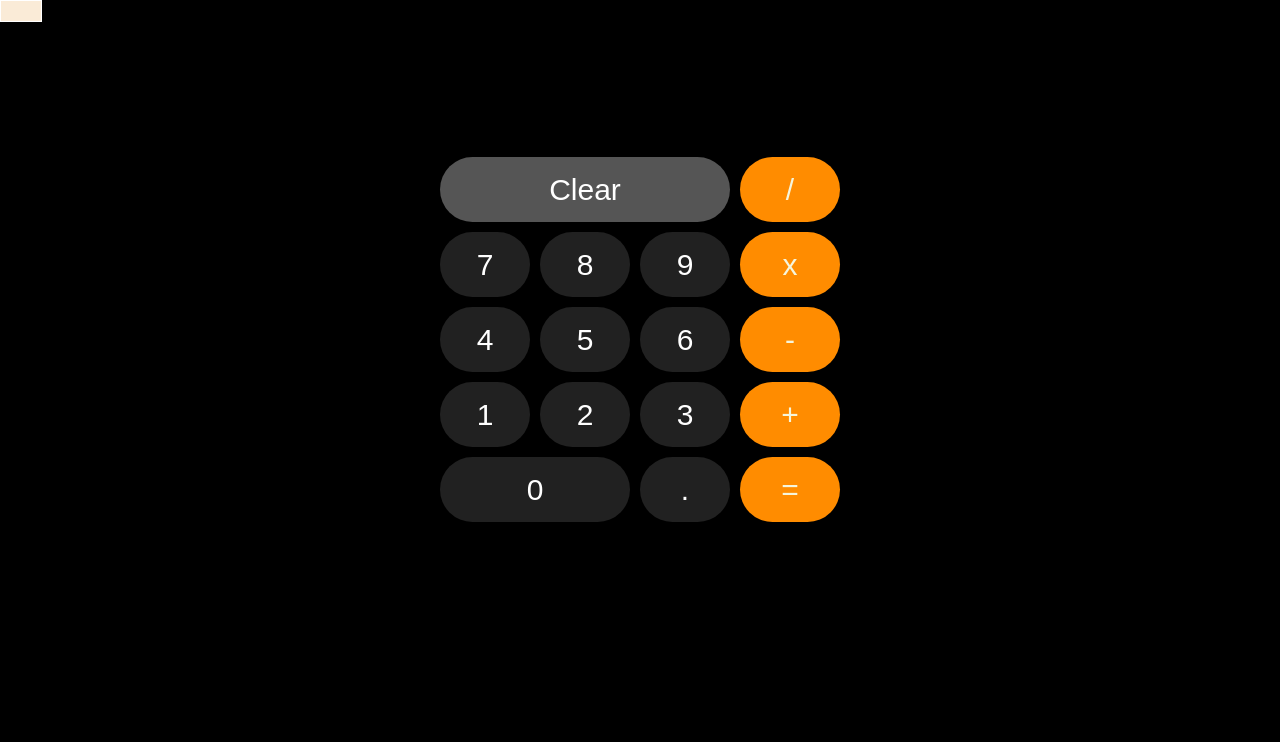
Repository: kocokoy/Calculator
Page: index.html
These files come from the project's save history. The page is drawn as it stood at one moment and after the next save; the edit follows.
The browser window is 1280 px wide. The pictures show the whole page.

Above is the page before, as saved 2024-10-22 16:39:01.

### index.html
<!DOCTYPE html>
<html lang="en">
<head>
  <meta charset="UTF-8">
  <meta name="viewport" content="width=device-width, initial-scale=1.0">
  <link rel="stylesheet" href="/style.css">
  <title>Document</title>
</head>
<body>
  <div class="container">
    <div class="output-number"></div>
    <div class="calculator-container">
      <div class="number-and-clear-container">
        <div class="clear-button-container">
        </div>
        <div class="number-container">

        </div>
        <div class="zero-button-container">
        </div>
      </div>
      <div class="operator-container"></div>
    </div>
  </div>
  <script src="/script.js"></script>
</body>
</html>

### style.css
body{
  padding: 0;
  margin: 0;
  height: 100%;
  background-color: black;
}
button{
  border: none;
  border-radius: 100px;
  height: 65px;
  margin: 0;
  padding: 0;
  font-size: 30px;
  cursor: pointer;
}
.container{
  display: block;
}
.calculator-container{
  display: flex;
  align-items: center;
  justify-content: center;
  height: 100vh;
}
.number-and-clear-container{
  height: 450px;
  width: 300px;
  display: block;
}
.clear-button-container{
  display: grid;
  grid-template-columns: 1fr;
  margin-bottom: 10px;
}
.clear-button-container button{
  margin-right: 10px;
  background-color: rgb(85, 85, 85);
  color: rgb(255, 255, 255);
}
.number-container{
  display: grid;
  grid-template-columns: 1fr 1fr 1fr;
  direction: rtl;
}
.number-container button{
  margin-bottom: 10px;
  margin-right: 10px;
  background-color: hsl(0, 0%, 13%);
  color: white;
}
.zero-button-container{
  display: grid;
  grid-template-columns: 1fr 100px;
}
.zero-button-container button{
  margin-right: 10px;
  background-color: hsl(0, 0%, 13%);
  color: white;
}

.operator-container{
  height: 450px;
  width: 100px;
  display: flex;
  flex-direction: column;
}
.operator-container button{
  font-size: 30px;
  margin-bottom: 10px;
  color: beige;
  background-color: hsl(33, 100%, 50%);
}

.output-number{
  border: 1px solid white;
  height: 20px;
  width: 40px;
  background-color: antiquewhite;
}

### script.js
const calculatorButton = ['Clear',1,2,3,4,5,6,7,8,9,0,'.'];
const operatorContent = ['/','x','-','+','='];
const numberContainer = document.querySelector('.number-container');
const clearButtonContainer = document.querySelector('.clear-button-container');
const zeroButtonContainer = document.querySelector('.zero-button-container');
const operatorContainer = document.querySelector('.operator-container');
const outputElement = document.querySelector('.output-number');

let num1 = '';
let num2 = '';
let operator = '';
let result = 0;
let equals ='';
let html = '';

const descendedNumber = calculatorButton.sort((a,b) => b-a)
for(const num of descendedNumber){
    const button = document.createElement('button');
    if(num === 'Clear'){
      button.classList.add('clear-button');
      button.textContent = num;
      clearButtonContainer.appendChild(button);
    }else if(num === 0 || num === '.'){
      button.classList.add('zero-button');
      button.textContent = num;
      zeroButtonContainer.appendChild(button);
    }else{
      button.classList.add('number-button');
      button.textContent = num;
      numberContainer.appendChild(button);
    }
}

operatorContent.forEach(oper => {
  const button = document.createElement('button');
  button.classList.add('operator-button');
  button.textContent = oper;
  operatorContainer.appendChild(button);
});

const operatorButton = document.querySelectorAll('.operator-button');
operatorButton.forEach((operButton,i) => {
  operButton.addEventListener('click', () => {
    if(operButton.textContent != '='){
      operator = operButton.textContent;
      outputElements(operator);
    }else{
      equals = operButton.textContent;
      if(equals === '='){
        console.log(`${num1}${operator}${num2}`)
        operate(num1,num2,operator);
      }
    }

  })
})

const numberButton = document.querySelectorAll('.number-button');
numberButton.forEach((numButton,i) => {
  numButton.addEventListener('click', () => {
    console.log(numButton);
    if (operator === '') {
      num1 += numButton.textContent;
      outputElements(numButton.textContent);
      console.log('Num1:', num1);
    } else {
      num2 += numButton.textContent;
      outputElements(numButton.textContent);
      console.log('Num2:', num2);
    }
  })
})


function outputElements(a){
  if(num1 && num2 && operator && equals){
    outputElement.textContent = '';
    outputElement.textContent = a;
  }else{
    html+=a;
    console.log(html);
    outputElement.textContent = html;
  }
}




function operate(num1,num2,operator){
  number1 = parseInt(num1,10);
  number2 = parseInt(num2,10);
  if(operator === '+'){
    addOperator(number1,number2);
  }else if(operator === '-'){
    minusOperator(number1,number2);
  }else if(operator === '*'){
    timesOperator(number1,number2);
  }else if(operator === '/'){
    divideOperator(number1,number2);
  }
}


const addOperator = (a,b) => {
  console.log(a,b);
  result = a + b;
  outputElements(result);
  return console.log(result);
}

const minusOperator = (a,b) => {
  result = a-b;
  outputElements(result);
  return console.log(result);
}

const timesOperator = (a,b) => {
  result = a*b;
  outputElements(result);
  return console.log(result);
}

const divideOperator = (a,b) => {
  sum = a/b;
  outputElements(result);
  return console.log(result);
}

After the next save:
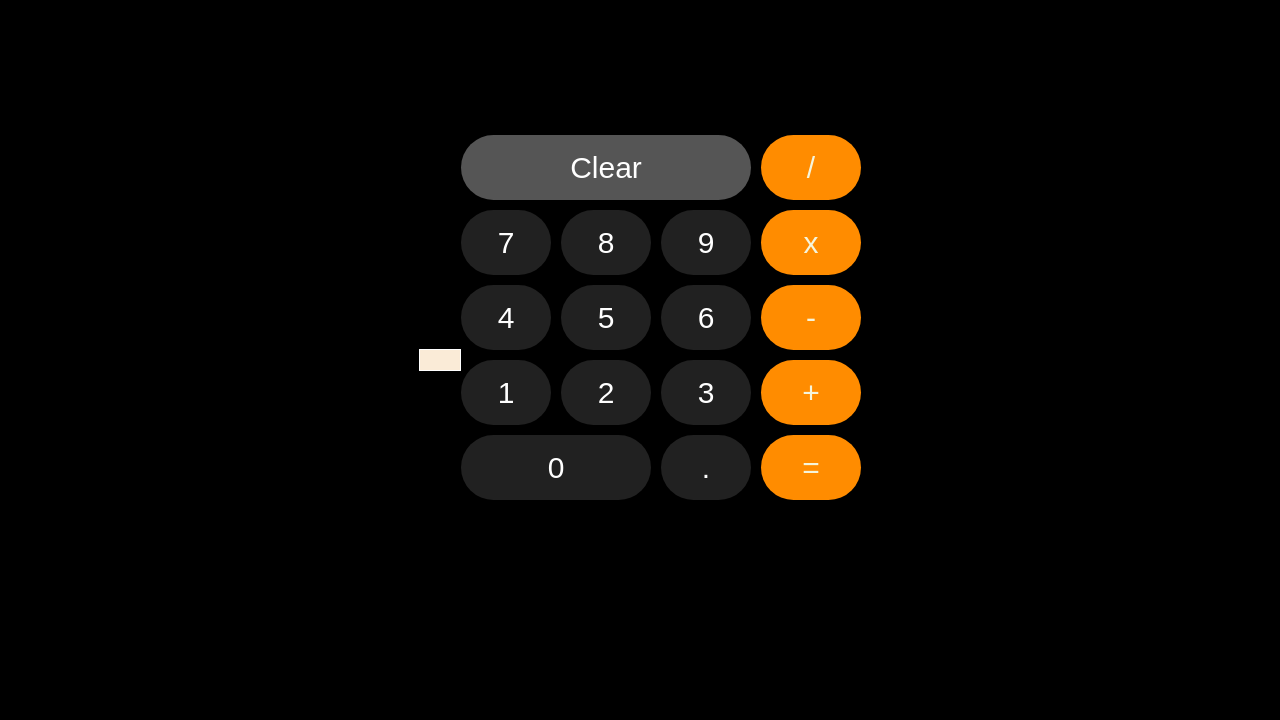
Saved 18 s later.
--- a/style.css
+++ b/style.css
@@ -14,7 +14,9 @@
   cursor: pointer;
 }
 .container{
-  display: block;
+  display: flex;
+  align-items: center;
+  justify-content: center;
 }
 .calculator-container{
   display: flex;

After the save that followed:
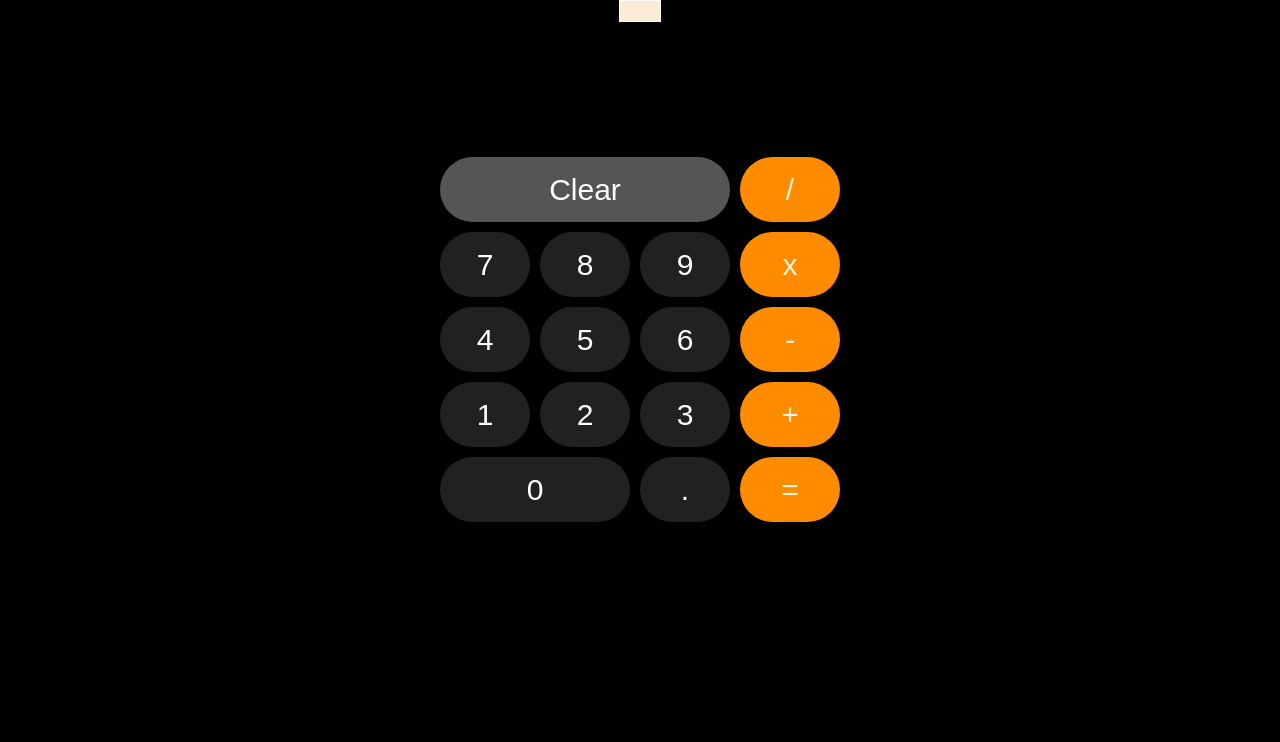
Saved 10 s later.
--- a/style.css
+++ b/style.css
@@ -17,6 +17,7 @@
   display: flex;
   align-items: center;
   justify-content: center;
+  flex-direction: column;
 }
 .calculator-container{
   display: flex;
